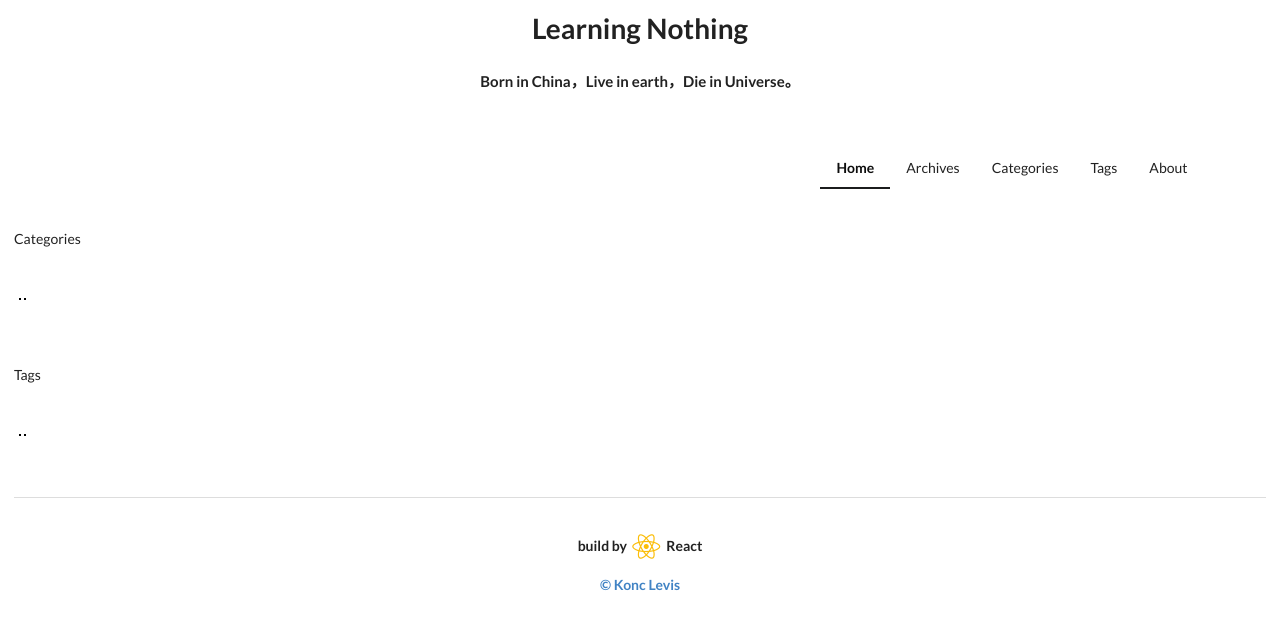
Repository: chu4j/my-spring-cloud-blog-frontend
Page: /
An editor plug-in stored every save of this project. The page is shown before and after the next save, followed by the edit.
The browser window is 1280 px wide. The pictures show the whole page.
The page's requests for data from a server got no answer. The project was rebuilt for these pictures with package versions that can differ from the ones it lists, and the page was loaded fresh each time. No one was signed in, and anything a server would have sent is missing. Also part of the build but not shown: src/components/Categories.jsx, src/components/FocusContent.jsx, src/css/App.css, src/components/owner/LoginForm.jsx, src/components/Tags.jsx, src/components/Timeline.jsx, src/components/TimelineHome.jsx.

Above is the page before, as saved 2021-02-24 11:38:59.

### src/index.js
import React from 'react';
import ReactDOM from 'react-dom';
import { BrowserRouter } from 'react-router-dom';
import 'semantic-ui-css/semantic.min.css';
import './css/index.css';
import BlogRouter from './router/Router';
import  'github-markdown-css';
ReactDOM.render(<
    BrowserRouter forceRefresh={true} >
    <BlogRouter />
</BrowserRouter>,
    document.getElementById('root')
);

### src/css/index.css
body {
  margin: 1em;
  -webkit-font-smoothing: antialiased;
  -moz-osx-font-smoothing: grayscale;
}

code {
  font-family: source-code-pro, Menlo, Monaco, Consolas, "Courier New",
    monospace;
}

.post-container {
  padding: 2px;
  border-radius: 0.5em;
}

.post-title {
  color: #010101;
}

.post-title:hover {
  color: #010101;
  text-decoration: underline;
}

/*animate*/

.posts-appear {
  opacity: 0;
}

.posts-enter {
  opacity: 1;
  transform: scale(0.95);
}

.posts-enter-active {
  opacity: 1;
  transform: translateX(0);
  transition: opacity 300ms, transform 200ms;
}

.posts-exit {
  opacity: 1;
  transform: scale(0.9);
}

.posts-exit-active {
  opacity: 0;
  transform: translateX(0);
  transition: opacity 300ms, transform 200ms;
}

.post-container pre code {

}
.common-label {
  display: inline-block;
  margin: 5px;
  padding: 2px;
  color: #010101;
  border-bottom: 2px dotted #010101;
  border-radius: 0;
}

### src/router/Router.jsx
import { Route, Switch } from "react-router-dom";
import Categories from "../components/Categories";
import FocusPostComponent from "../components/FocusContent";
import Home from "../components/Home";
import LoginForm from "../components/owner/LoginForm";
import Tags from "../components/Tags";
import MyTimeline from "../components/Timeline";
import TimelineHome from "../components/TimelineHome";
export default function BlogRouter() {
  return (
    <Switch>
      <Route path="/" exact>
        <Home />
      </Route>
      <Route path="/owner/login" exact>
        <LoginForm />
      </Route>
      <Route path="/category/:name" exact>
        <Home />
      </Route>
      <Route path="/tag/:name" exact>
        <Home />
      </Route>
      <Route path="/posts/page/:pageNumber">
        <Home />
      </Route>
      <Route path="/category/:name/page/:pageNumber">
        <Home />
      </Route>
      <Route path="/tag/:name/page/:pageNumber">
        <Home />
      </Route>
      <Route path="/post/:postId" exact>
        <FocusPostComponent />
      </Route>
      <Route path="/categories" exact>
        <Categories />
      </Route>
      <Route path="/tags" exact>
        <Tags />
      </Route>
      <Route path="/posts/timeline" exact>
        <TimelineHome />
      </Route>
      <Route path="/posts/timeline/page/:pageNumber" exact>
        <TimelineHome />
      </Route>
    </Switch>
  );
}

### src/components/Home.jsx
import { React, useEffect, useState } from "react";
import { useParams, useRouteMatch } from "react-router-dom";
import "../css/App.css";
import { ServerHost } from "./AppConfig";
import BlogLayout from "./BlogLayout";
import CategoryComponent from "./CategoryComponent";
import ContentComponent from "./Content";
import TagComponent from "./TagComponent";
async function getArchive(path) {
  const axios = require("axios").default;
  if (null == path) {
    return axios.get(ServerHost + "/v1/api/archive").then((res) => res.data);
  } else {
    return axios.get(path).then((res) => res.data);
  }
}
function countPath(router, name, pageNumber) {
  let requestUrl = "";
  let pagePrefix = "";
  const path = router.path;
  switch (path) {
    case "/":
      requestUrl = ServerHost + "/v1/api/archive";
      pagePrefix = "/posts/page/";
      break;
    case "/category/:name":
      requestUrl = ServerHost + "/v1/api/category/" + name;
      pagePrefix = "/category/" + name + "/page/";
      break;
    case "/category/:name/page/:pageNumber":
      requestUrl =
        ServerHost + "/v1/api/category/" + name + "?page=" + pageNumber;
      pagePrefix = "/category/" + name + "/page/";
      break;
    case "/tag/:name":
      requestUrl = ServerHost + "/v1/api/tag/" + name;
      pagePrefix = "/tag/" + name + "/page/";
      break;
    case "/tag/:name/page/:pageNumber":
      requestUrl = ServerHost + "/v1/api/tag/" + name + "?page=" + pageNumber;
      pagePrefix = "/tag/" + name + "/page/";
      break;
    case "/posts/page/:pageNumber":
      requestUrl = ServerHost + "/v1/api/archive?page=" + pageNumber;
      pagePrefix = "/posts/page/";
      break;
    default:
      break;
  }
  return { requestUrl, pagePrefix };
}
export default function Home() {
  let { name, pageNumber } = useParams();
  const router = useRouteMatch();
  console.log("router:" + JSON.stringify(router) + " type:" + typeof router);
  const params = countPath(router, name, pageNumber);
  console.log("returnPath:" + params.requestUrl);
  let activePage = 1;
  if (null != pageNumber && undefined != pageNumber) activePage = pageNumber;
  const [response, setData] = useState({});
  useEffect(() => {
    getArchive(params.requestUrl).then((res) => {
      setData(res);
    });
  }, []);
  return (
    <BlogLayout
      CategoryComponent={<CategoryComponent />}
      TagComponent={<TagComponent />}
      ContentComponent={
        <ContentComponent
          response={response}
          activePage={activePage}
          pagePrefix={params.pagePrefix}
        />
      }
      style={{ margin: 0, padding: 0 }}
    />
  );
}

### src/components/BlogLayout.jsx
import { Grid } from "semantic-ui-react";
import "../css/index.css";
import Header from "./BlogHeader";
import DivRow from "./Common";
import Footer from "./Footer";
export default function BlogLayout(props) {
  return (
    <div className="customBackground">
      <Grid stackable>
        <Grid.Row columns={1}>
          <Header />
        </Grid.Row>
        <Grid.Row>
          {props.CategoryComponent && props.TagComponent && (
            <Grid.Column width={3}>
              {props.CategoryComponent}
              <DivRow />
              <DivRow />
              <DivRow />
              {props.TagComponent}
            </Grid.Column>
          )}
          {props.CategoryComponent &&
          props.TagComponent &&
          props.ContentComponent ? (
            <Grid.Column width={12}>{props.ContentComponent}</Grid.Column>
          ) : (
            <Grid.Column width={16}>{props.ContentComponent}</Grid.Column>
          )}
        </Grid.Row>
        <Grid.Row columns={1}>
          <Grid.Column>
            <Footer />
          </Grid.Column>
        </Grid.Row>
      </Grid>
    </div>
  );
}

### src/components/CategoryComponent.jsx
import React, { Component } from "react";
import { ServerHost } from "./AppConfig";
import DivRow from "./Common";
class CategoryComponent extends Component {
  state = {
    data: [{}],
  };
  componentDidMount() {
    const axois = require("axios").default;
    axois
      .get(ServerHost + "/v1/api/category/statistics/count")
      .then((res) => {
        const data = res.data;
        this.setState({ data: data });
      })
      .catch((error) => {
        console.log(error);
      });
    console.log("category card render");
  }
  render() {
    return (
      <>
        <span>Categories</span>
        <DivRow />
        <div>
          {this.state.data.map((e, index) => (
            <a key={index} href={"/category/" + e.value} className="common-label">
              {e.value}
              &nbsp;
              {e.count}
            </a>
          ))}
        </div>
      </>
    );
  }
}
export default CategoryComponent;

### src/components/AppConfig.jsx
export const ServerHost = "http://localhost:9000";

### src/components/Content.jsx
import { React, useEffect, useState } from "react";
import { useHistory, withRouter } from "react-router-dom";
import { CSSTransition } from "react-transition-group";
import { Container, Grid, Header, Icon, Pagination } from "semantic-ui-react";
import DivRow from "./Common";

function ContentComponent(props) {
  const hljs = require("highlight.js");
  const [showComponent, setShowComponent] = useState(false);
  console.log("state : " + showComponent);
  useEffect(() => {
    let time = setTimeout(() => setShowComponent(true), 100);
    hljs.highlightAll();
    return () => {
      clearTimeout(time);
    };
  }, []);
  const history = useHistory();
  const handlePaginationClick = (e, { activePage }) => {
    const url = props.pagePrefix + activePage;
    history.push(url);
  };
  return (
    <>
      <CSSTransition
        in={showComponent}
        classNames="posts"
        timeout={200}
        unmountOnExit
      >
        <Container fluid>
          {props.response.list &&
            props.response.list.map((a, index) => (
              <div
                className="post-container"
                style={index > 0 ? { marginTop: "20px" } : {}}
              >
                <Header as="h1" textAlign="center">
                  <a href={"/post/" + a.serialNumber} className="post-title">
                    {a.title}
                  </a>
                </Header>
                {
                  <div
                    className="markdown-body"
                    dangerouslySetInnerHTML={{ __html: a.content }}
                  ></div>
                }

                <DivRow />
                {a.category && a.tag && (
                  <>
                    <Container fluid>
                      <Grid>
                        <Grid.Row>
                          <Grid.Column width={5}>
                            {a.category.map((c, index) => (
                              <>
                                {" "}
                                <div key={index}>
                                  <span>
                                    <Icon name="linkify" color="blue" />
                                    <a
                                      href={"/category/" + c.category}
                                      style={{ fontWeight: "900" }}
                                    >
                                      {c.category}
                                    </a>
                                  </span>
                                </div>
                              </>
                            ))}
                          </Grid.Column>

                          <Grid.Column width={11}>
                            {a.tag.map((t, index) => (
                              <>
                                {" "}
                                <span key={index}>
                                  <Icon name="hashtag" color="yellow" />
                                  <a
                                    href={"/tag/" + t.tag}
                                    style={{ fontWeight: "900" }}
                                  >
                                    {t.tag}
                                  </a>
                                </span>
                              </>
                            ))}
                          </Grid.Column>
                        </Grid.Row>
                      </Grid>
                    </Container>
                  </>
                )}
                <DivRow />
                <DivRow />
              </div>
            ))}
          {props.response.totalPage > 1 && props.activePage && (
            <Container fluid textAlign="center" style={{ marginTop: "2em" }}>
              <Pagination
                totalPages={props.response.totalPage}
                firstItem={null}
                lastItem={null}
                pointing
                secondary
                activePage={props.activePage}
                onPageChange={handlePaginationClick}
              />
            </Container>
          )}
          {props.focus && props.response.list && (
            <div style={{ marginTop: "1em" }}>
              <Grid stackable>
                <Grid.Row>
                  <Grid.Column width={8}>
                    {props.response.list.map((e, index) => (
                      <>
                        {e.previous && (
                          <a
                            key={index}
                            href={"/post/" + e.previous.serialNumber}
                            style={{ fontWeight: "900" }}
                          >
                            <Icon name="angle left" size="big"></Icon>
                            &nbsp;&nbsp;{e.previous.title}
                          </a>
                        )}
                      </>
                    ))}
                  </Grid.Column>
                  <Grid.Column width={8} textAlign="right">
                    {props.response.list.map((e, index) => (
                      <>
                        {e.next && (
                          <a
                            key={index}
                            href={"/post/" + e.next.serialNumber}
                            style={{ fontWeight: "900" }}
                          >
                            {e.next.title}&nbsp;&nbsp;
                            <Icon name="angle right" size="big"></Icon>
                          </a>
                        )}
                      </>
                    ))}
                  </Grid.Column>
                </Grid.Row>
              </Grid>
            </div>
          )}
        </Container>
      </CSSTransition>
    </>
  );
}
export default withRouter(ContentComponent);

### src/components/TagComponent.jsx
import React, { Component } from "react";
import { ServerHost } from "./AppConfig";
import DivRow from "./Common";
class TagComponent extends Component {
  state = {
    data: [{}],
  };
  componentDidMount() {
    const axois = require("axios").default;
    axois
      .get(ServerHost + "/v1/api/tag/statistics/count")
      .then((res) => {
        const data = res.data;
        this.setState({ data: data });
      })
      .catch((error) => {
        console.error(error);
      });
  }
  render() {
    return (
      <>
        <span>Tags</span>
        <DivRow />
        <div>
          {this.state.data.map((e, index) => (
            <a key={index} href={"/tag/" + e.value} className="common-label">
              {e.value}
              &nbsp;
              {e.count}
            </a>
          ))}
        </div>
      </>
    );
  }
}
export default TagComponent;

### src/components/Common.jsx
export default function DivRow() {
  return <div>&nbsp;</div>;
}

### src/components/BlogHeader.jsx
import React, { Component } from "react";
import { Container, Header, Menu, Visibility } from "semantic-ui-react";
const menuStyle = {
  border: "none",
  borderRadius: 0,
  boxShadow: "none",
  marginBottom: "1em",
  marginTop: "4em",
  transition: "box-shadow 0.5s ease, padding 0.5s ease",
};

const fixedMenuStyle = {
  backgroundColor: "#fff",
  border: "1px solid #ddd",
  boxShadow: "0px 3px 5px rgba(0, 0, 0, 0.2)",
};

const overlayStyle = {
  float: "left",
  margin: "0em 3em 1em 0em",
};

const fixedOverlayStyle = {
  ...overlayStyle,
  position: "fixed",
  top: "80px",
  zIndex: 10,
};

const overlayMenuStyle = {
  position: "relative",
  left: 0,
  transition: "left 0.5s ease",
};

const fixedOverlayMenuStyle = {
  ...overlayMenuStyle,
  left: "800px",
};

class BlogHeader extends Component {
  state = {
    activeItem: "home",
    menuFixed: false,
    overlayFixed: false,
  };
  stickOverlay = () => this.setState({ overlayFixed: true });

  stickTopMenu = () => this.setState({ menuFixed: true });

  unStickOverlay = () => this.setState({ overlayFixed: false });

  unStickTopMenu = () => this.setState({ menuFixed: false });

  handleItemClick = (e, { name }) => this.setState({ activeItem: name });
  render() {
    const { activeItem, menuFixed, overlayFixed, overlayRect } = this.state;
    return (
      <Container textAlign="right">
        <Header as="h1" content="Learning Nothing" textAlign="center" />
        <Header
          as="h4"
          content="Born in China，Live in earth，Die in Universe。"
          textAlign="center"
        />
        <Visibility
          onBottomPassed={this.stickTopMenu}
          onBottomVisible={this.unStickTopMenu}
          once={false}
        />
        <Menu
          borderless
          fixed={menuFixed ? "top" : undefined}
          style={menuFixed ? fixedMenuStyle : menuStyle}
          pointing
          secondary
          className="blog-header"
        >
          <Menu.Item
            as="a"
            name="home"
            active={activeItem === "home"}
            onClick={this.handleItemClick}
            position="right"
            link
            href="/"
          ></Menu.Item>
          <Menu.Item
            as="a"
            name="archives"
            active={activeItem === "archives"}
            onClick={this.handleItemClick}
            link
            href="/posts/timeline"
          />
          <Menu.Item
            as="a"
            name="categories"
            active={activeItem === "categories"}
            onClick={this.handleItemClick}
            link
            href="/categories"
          />
          <Menu.Item
            name="tags"
            active={activeItem === "tags"}
            onClick={this.handleItemClick}
            as="a"
            href="/tags"
          />
          <Menu.Item
            name="about"
            active={activeItem === "about"}
            onClick={this.handleItemClick}
          />
        </Menu>
        <Visibility
          offset={80}
          once={false}
          onTopPassed={this.stickOverlay}
          onTopVisible={this.unStickOverlay}
          style={overlayFixed ? { ...overlayStyle, ...overlayRect } : {}}
        />
      </Container>
    );
  }
}

export default BlogHeader;

### src/components/Footer.jsx
import { Component, React } from "react";
import { Divider, Icon } from "semantic-ui-react";
import DivRow from "./Common";

class Footer extends Component {
  render() {
    return (
      <div style={{ marginTop: "2em", textAlign: "center" }}>
        <Divider />
        <DivRow />
        <p style={{ fontWeight: "900" }}>
          build by <Icon name="react" color="yellow" size="big" />
          <b>React</b>
        </p>

        <a href="https://www.github.com/konchoo">
          <b>&copy;&nbsp;Konc Levis</b>
        </a>
      </div>
    );
  }
}
export default Footer;

Loaded but not shown: public/index.html (common file)

After the next save:
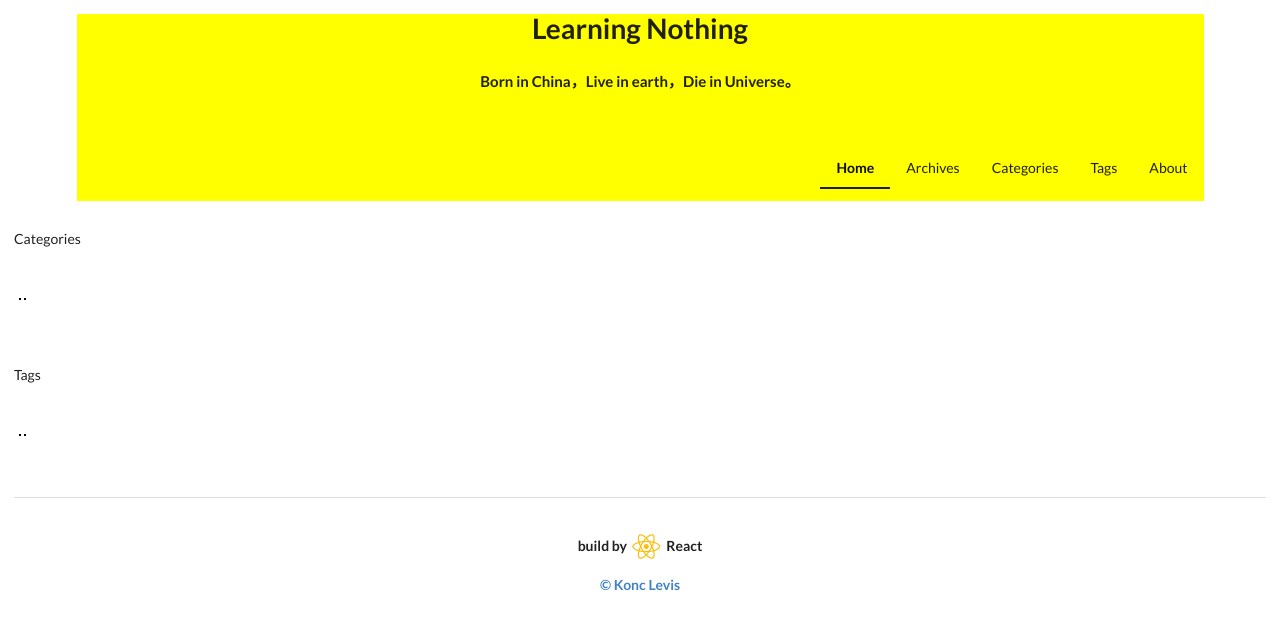
Saved 20 s later.
--- a/src/components/BlogHeader.jsx
+++ b/src/components/BlogHeader.jsx
@@ -56,7 +56,7 @@ class BlogHeader extends Component {
   render() {
     const { activeItem, menuFixed, overlayFixed, overlayRect } = this.state;
     return (
-      <Container textAlign="right">
+      <Container textAlign="right" style={{backgroundColor:'yellow'}}>
         <Header as="h1" content="Learning Nothing" textAlign="center" />
         <Header
           as="h4"
